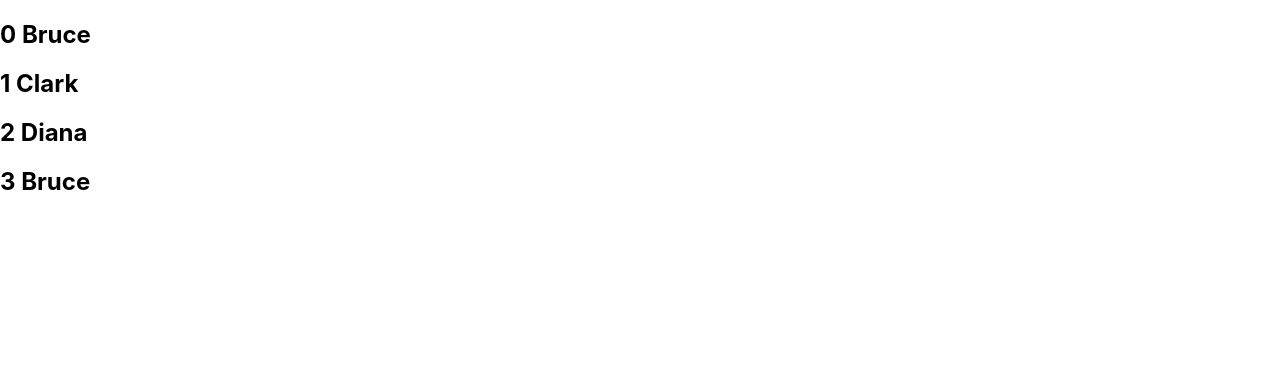
Repository: OmniaRafat232111121/my-app
Page: /
An editor plug-in stored every save of this project. The page is shown before and after a run of saves, followed by the edit.
The browser window is 1280 px wide. The pictures show the whole page.
The project was rebuilt for these pictures with package versions that can differ from the ones it lists, and the page was loaded fresh each time. Also part of the build but not shown: src/Components/Content.jsx, src/Components/Header.jsx, src/Components/UserGreeting.jsx, src/Welcome.jsx. Imported but missing from the stored project, and not drawn on this page: src/Components/Form.

Above is the page before, as saved 2022-10-21 09:18:41.

After the next 15 saves:
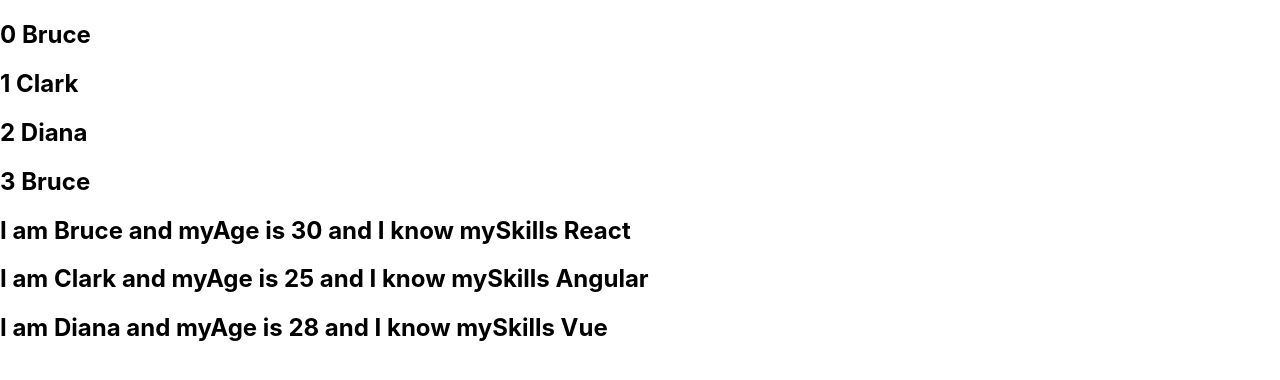
The 15 saves are shown as one change because they came seconds apart.
The last was saved 34 s later.
--- a/src/Components/NameList.jsx
+++ b/src/Components/NameList.jsx
@@ -25,7 +25,12 @@ function NameList() {
   ]
   const personList = persons.map(person => <Person key={person.id} person={person} />)
   const nameList = names.map((name, index) => <h2 key={index}>{index} {name}</h2>)
-  return <div>{nameList}</div>
+  return (
+<>
+<div>{nameList}</div>
+<p>{personList}</p>
+</>
+  )
 }
 
 export default NameList
